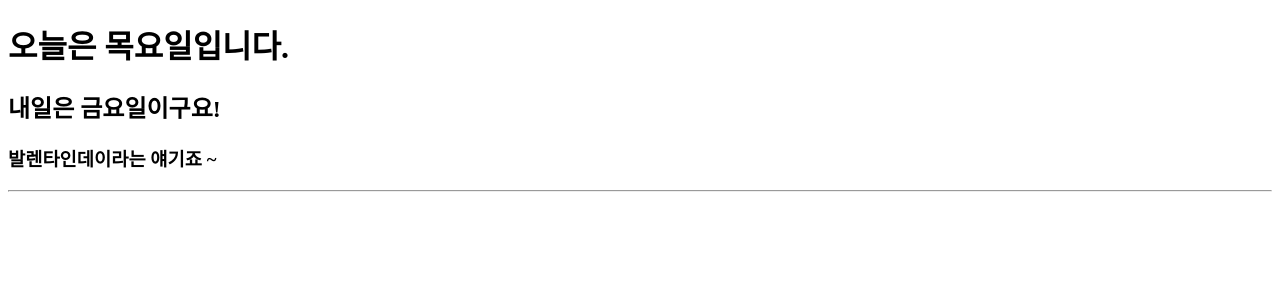
Repository: womss/sexyguy
Page: Spring/Feb13_1_jQuery/WebContent/1_jQuery.html
These files come from the project's save history. The page is drawn as it stood at one moment and after the next save; the edit follows.
The browser window is 1280 px wide. The pictures show the whole page.

Above is the page before, as saved 2025-02-13 02:50:18.

### Spring/Feb13_1_jQuery/WebContent/1_jQuery.html
<!DOCTYPE html>
<html>
<head>
<meta charset="UTF-8">
<title>Insert title here</title>
<script type="text/javascript" src="jQuery.js"></script>
<script type="text/javascript">
	// $(선택자).이벤트(콜백함수);
	// 콜백함수 : 어떤 이벤트에 의해서 호출되어지는 함수
	/* $(document).ready(function init() { // 이(문서).준비 다 되면(자동 호출될 함수);
		alert("준비 갈 완료 !");
	}); */
	/* $(function() {
		alert("점심 먹으러 준비 갈 완료 !");
	}); */

	// CSS 선택자 이용
	$(function() {
		$("h1").click(() => { // <h1>태그를 클릭했을때 어떤 함수가 발동
			alert("우우우우우우우우우~~~");
		});
		$("h2").click(function() {
			alert("와아아아아아아아아~~~");
		});

		// 스위치 기능
		let b = false;
		$("h3").click(() => {
			b = !b;
			alert(b);
		});

	});

</script>
</head>
<body>
	<!-- DOM 개체 심기 -->
	<h1>오늘은 목요일입니다.</h1>
	<h2>내일은 금요일이구요!</h2>
	<h3>발렌타인데이라는 얘기죠 ~</h3>
	<hr>
</body>
</html>

Loaded but not shown: Spring/Feb13_1_jQuery/WebContent/jQuery.js (library)

After the next save:
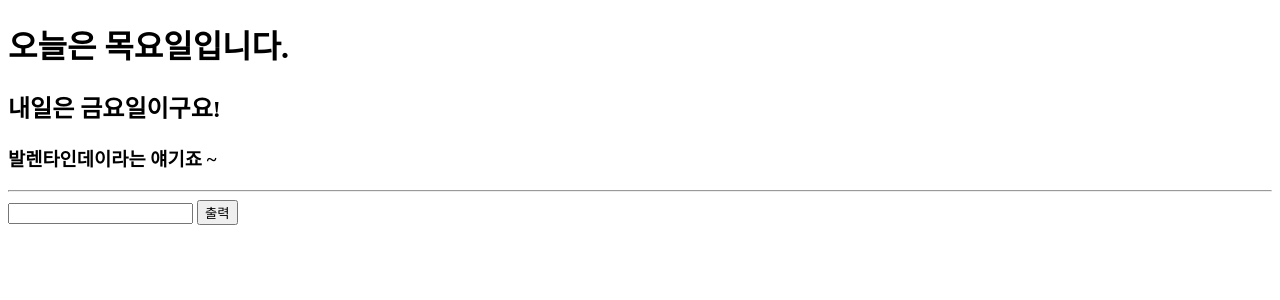
Saved 10 min 47 s later.
--- a/Spring/Feb13_1_jQuery/WebContent/1_jQuery.html
+++ b/Spring/Feb13_1_jQuery/WebContent/1_jQuery.html
@@ -40,5 +40,8 @@
 	<h2>내일은 금요일이구요!</h2>
 	<h3>발렌타인데이라는 얘기죠 ~</h3>
 	<hr>
+	<input id="i">
+	<button>출력</button>
+
 </body>
 </html>
